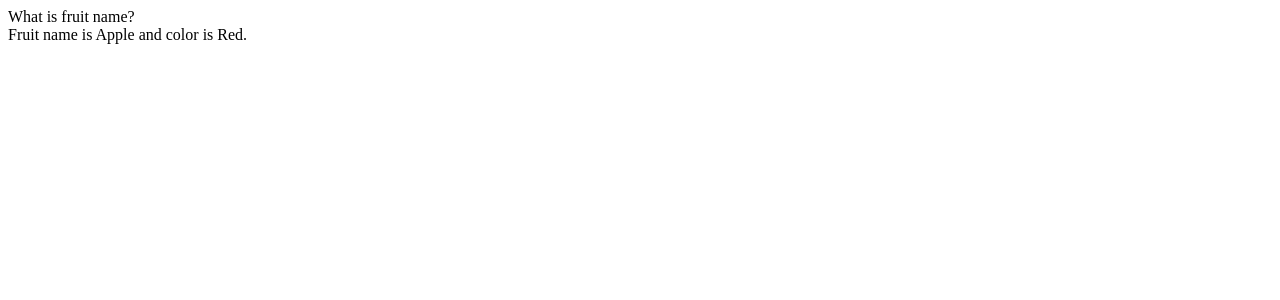
Repository: zinminkhantoo/assignment01
Page: http://localhost/OOP/Inhertance_Overwrite.php
The author's editor kept a copy of each file at every save. The page is drawn from the files as they stood at one save, then again after the next save.
The browser window is 1280 px wide. The pictures show the whole page.
The page is run by PHP 8.4 with error messages shown; the project is at /var/www/html/.

Above is the page before, as saved 2020-04-09 06:30:08.

### Test/OOP/Inhertance_Overwrite.php
<?php
class Fruit{
    public $fruit;
    public $color;
    function __construct($name, $color) {
        $this->fruit = $name;
        $this->color = $color;
    }
    protected function GetInfo() {
        echo "Fruit name is ".$this->fruit." and color is ".$this->color.".";
    }
}

class Apple extends Fruit {
    function Name() {
        echo "What is fruit name?</br>";
        $this->GetInfo();

    }

}

$apple = new Apple("Apple","Red");
$apple->Name();



// echo $apple->fruit;     //Access Public Modifier
// $apple->GetInfo();      //Cannot Access protected Modifier
?>

After the next save:
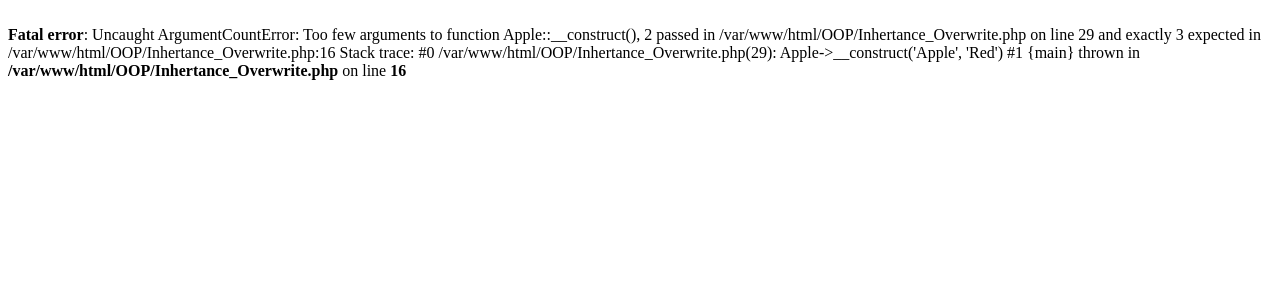
Saved 59 s later.
--- a/Test/OOP/Inhertance_Overwrite.php
+++ b/Test/OOP/Inhertance_Overwrite.php
@@ -2,6 +2,7 @@
 class Fruit{
     public $fruit;
     public $color;
+    public $price;
     function __construct($name, $color) {
         $this->fruit = $name;
         $this->color = $color;
@@ -12,6 +13,11 @@
 }
 
 class Apple extends Fruit {
+    function __construct($name, $color,$price) {
+        $this->fruit = $name;
+        $this->color = $color;
+        $this->price = $price;
+    }
     function Name() {
         echo "What is fruit name?</br>";
         $this->GetInfo();
@@ -22,9 +28,4 @@
 
 $apple = new Apple("Apple","Red");
 $apple->Name();
-
-
-
-// echo $apple->fruit;     //Access Public Modifier
-// $apple->GetInfo();      //Cannot Access protected Modifier
 ?>

After the save that followed:
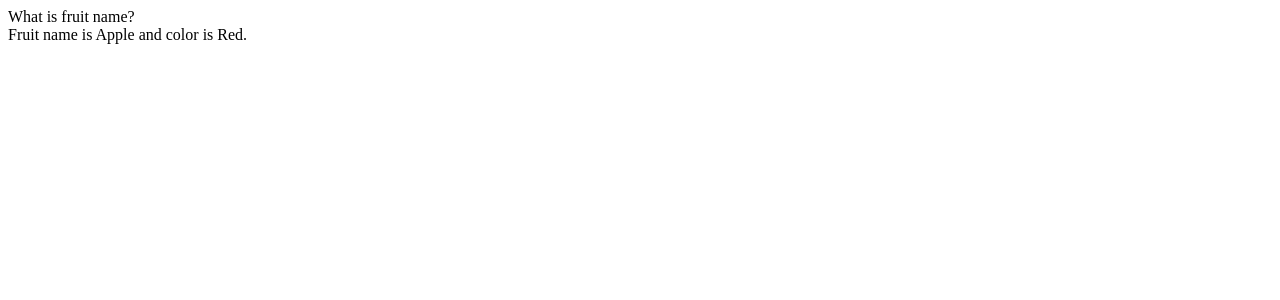
Saved 30 s later.
--- a/Test/OOP/Inhertance_Overwrite.php
+++ b/Test/OOP/Inhertance_Overwrite.php
@@ -26,6 +26,6 @@
 
 }
 
-$apple = new Apple("Apple","Red");
+$apple = new Apple("Apple","Red","500 Ks");
 $apple->Name();
 ?>
